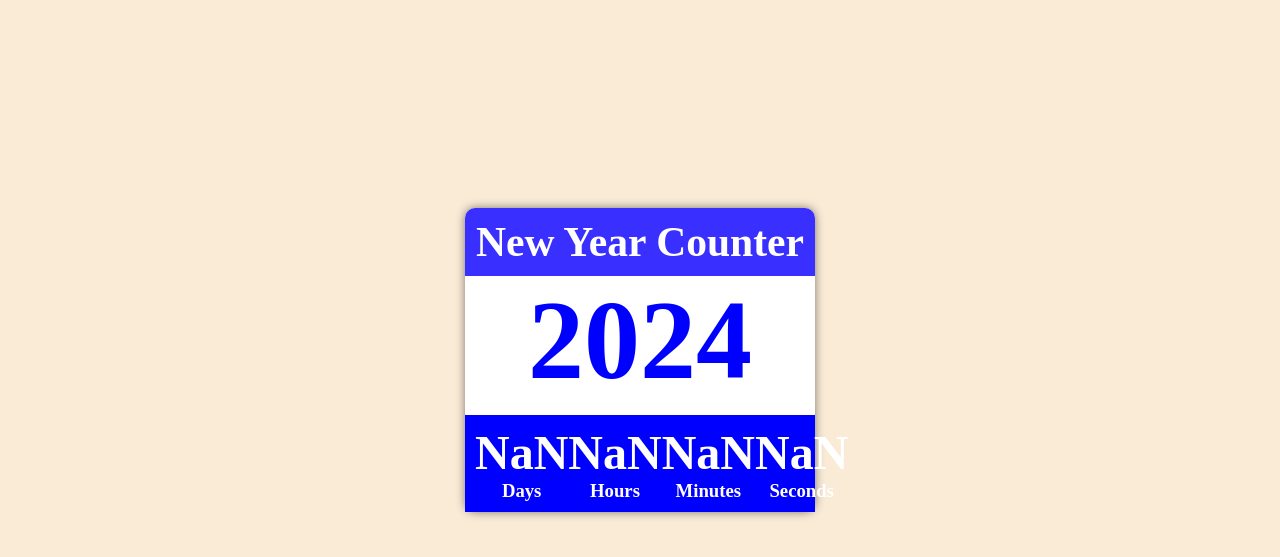
Repository: JunaidAnsari202/New-Year-counter
Page: index.html
These files come from the project's save history. The page is drawn as it stood at one moment and after a run of saves; the edit follows.
The browser window is 1280 px wide. The pictures show the whole page.

Above is the page before, as saved 2024-11-13 16:08:30.

### index.html
<!DOCTYPE html>
<html lang="en">
<head>
    <meta charset="UTF-8">
    <meta name="viewport" content="width=device-width, initial-scale=1.0">
    <title>New Year Counter</title>
    <link rel="stylesheet" href="style.css">

</head>
<body>
    <div class="container">
        <div class="header">
            <h1>New Year Counter</h1>
        </div>
        <div class="next-year">
            <h1 id="next-year">2024</h1>
        </div>

        <div class="counter">
           <div class="days">
            <h1 id="days">00</h1>
            <h3>Days</h3>
           </div>

           <div class="hours">
            <h1 id="hours">00</h1>
            <h3>Hours</h3>
           </div>

           <div class="minutes">
            <h1 id="minutes">00</h1>
            <h3>Minutes</h3>
           </div>

           <div class="seconds">
            <h1 id="seconds">00</h1>
            <h3>Seconds</h3>
           </div>
        </div>
    </div>

    <script src="script.js"></script>
</body>
</html>

### style.css
*{
    margin: 0;
    padding: 0;
    box-sizing: border-box;
}

body{
    background-color: antiquewhite;
    display: flex;
    justify-content: center;
    align-items: center;
    height: 100vh;
}

.container{
    background-color: white;
    width: 350px;
    border-radius: 10px;
    text-align: center;
    box-shadow:0 0 10px 0 rgba(0 , 0, 0, 0.5) ;
}

.header{
    background-color: rgb(57, 47, 255);
    padding: 10px;
    border-top-left-radius: 10px;
    border-top-right-radius: 10px;
    color: white;
    font-size: 1.3rem;
}

.next-year{
    font-size:3.5rem ;
    font-weight: bold;
    color: blue;
    margin-bottom: 10px;
}

.counter{
    display: flex;
    justify-content: space-around;
    background-color: blue;
    color: white;
    padding: 10px;
}

#days, #hours, #minutes, #seconds{
    font-size: 3rem;
    font-weight: bold;
}

### script.js
const days=document.querySelector('#days');
const hours=document.querySelector('#hours');
const minutes=document.querySelector('#minutes');
const seconds=document.querySelector('#seconds');

const currentYear = new Date().getFullYear();
const nextYear = currentYear + 1;

setInterval(()=>{
    const currentDate = new Date();
    const newYearDate = new Date('January 01 ${nextYear} 00:00:00');
    const totalSeconds =(newYearDate-currentDate)/1000;

    const daysLeft = Math.floor(totalSeconds / 3600 / 24);
    const hoursleft = Math.floor(totalSeconds / 3600) % 24;
    const minutesLeft = Math.floor(totalSeconds /60) % 60;
     const secondsLeft = Math.floor(totalSeconds) % 60;

     days.innerHTML = daysLeft;
     hours.innerHTML = hoursleft;
     minutes.innerHTML = minutesLeft;
     seconds.innerHTML = secondsLeft;

    }, 1000);

After the next 4 saves:
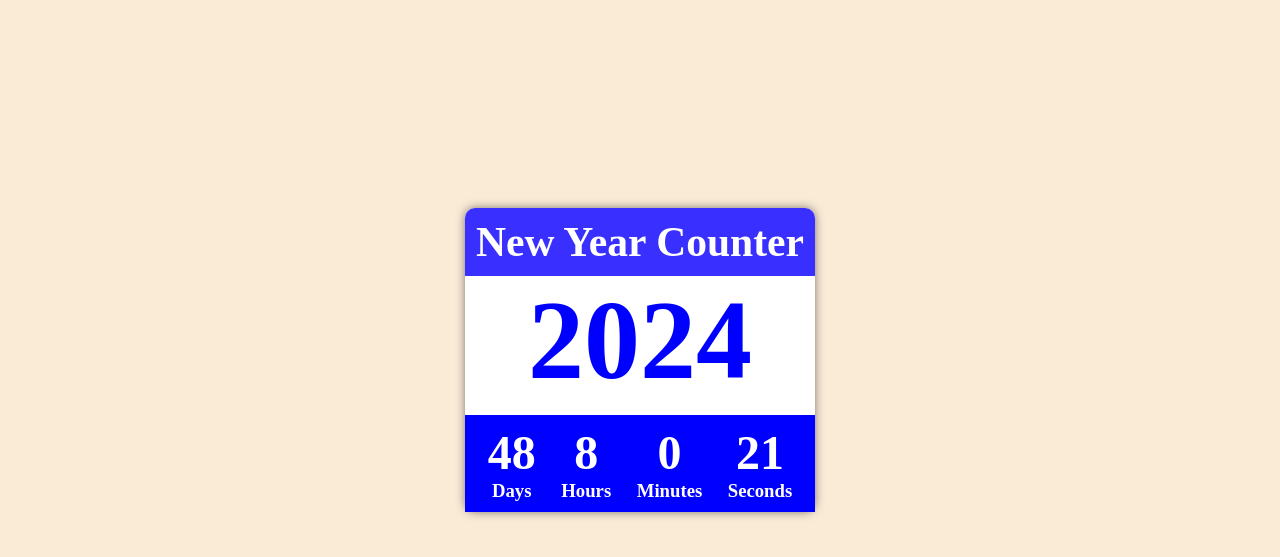
The 4 saves are shown as one change because they came seconds apart.
The last was saved 68 s later.
--- a/script.js
+++ b/script.js
@@ -8,7 +8,7 @@ const nextYear = currentYear + 1;
 
 setInterval(()=>{
     const currentDate = new Date();
-    const newYearDate = new Date('January 01 ${nextYear} 00:00:00');
+    const newYearDate = new Date(`January 01 ${nextYear} 00:00:00`);
     const totalSeconds =(newYearDate-currentDate)/1000;
 
     const daysLeft = Math.floor(totalSeconds / 3600 / 24);
